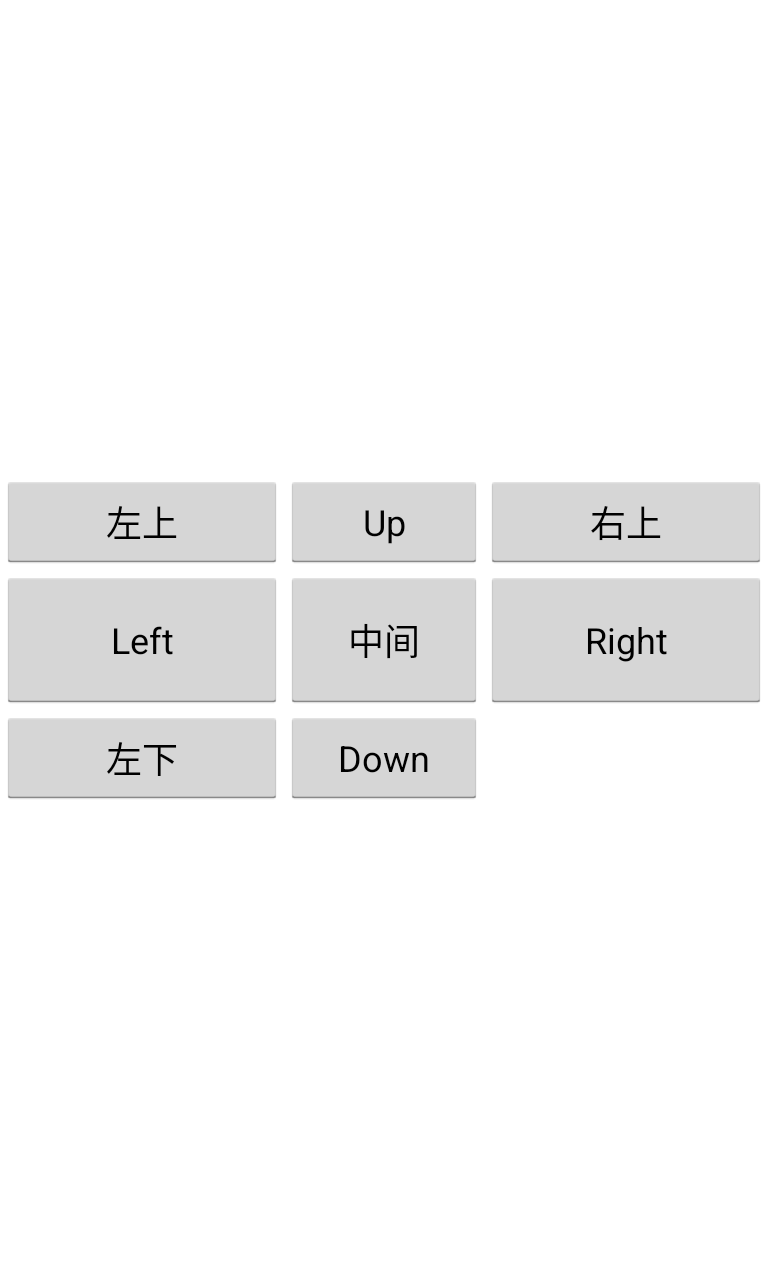
Repository: IvyZh/hm66
Layout: 黑马项目/res/layout/activity_relativelayout.xml
An editor plug-in stored every save of this project. The layout is shown before and after the next save, followed by the edit.
It is drawn on a 768 x 1280 px phone screen (xhdpi) without system bars, with theme AppTheme; the app's code is not run.

Above is the layout before, as saved 2016-05-17 17:25:02.

### 黑马项目/res/layout/activity_relativelayout.xml
<RelativeLayout xmlns:android="http://schemas.android.com/apk/res/android"
    xmlns:tools="http://schemas.android.com/tools"
    android:layout_width="match_parent"
    android:layout_height="match_parent"
    android:orientation="vertical" >

    <Button
        android:id="@+id/bt_center"
        android:layout_width="100dp"
        android:layout_height="70dp"
        android:layout_centerInParent="true"
        android:text="中间" />

    <Button
        android:layout_width="wrap_content"
        android:layout_height="wrap_content"
        android:layout_above="@id/bt_center"
        android:layout_alignLeft="@id/bt_center"
        android:layout_alignRight="@id/bt_center"
        android:text="Up" />

    <Button
        android:layout_width="wrap_content"
        android:layout_height="wrap_content"
        android:layout_alignLeft="@id/bt_center"
        android:layout_alignRight="@id/bt_center"
        android:layout_below="@id/bt_center"
        android:text="Down" />

    <Button
        android:layout_width="wrap_content"
        android:layout_height="wrap_content"
        android:layout_alignBottom="@id/bt_center"
        android:layout_alignParentLeft="true"
        android:layout_alignTop="@id/bt_center"
        android:layout_centerVertical="true"
        android:layout_toLeftOf="@id/bt_center"
        android:text="Left" />

    <Button
        android:layout_width="wrap_content"
        android:layout_height="wrap_content"
        android:layout_alignBottom="@id/bt_center"
        android:layout_alignParentRight="true"
        android:layout_alignTop="@id/bt_center"
        android:layout_centerVertical="true"
        android:layout_toRightOf="@id/bt_center"
        android:text="Right" />

    <Button
        android:layout_width="wrap_content"
        android:layout_height="wrap_content"
        android:layout_toLeftOf="@id/bt_center"
        android:layout_alignParentLeft="true"
        android:layout_above="@id/bt_center"
        android:text="左上" />

    <Button
        android:layout_width="wrap_content"
        android:layout_height="wrap_content"
        android:layout_toLeftOf="@id/bt_center"
        android:layout_alignParentLeft="true"
        android:layout_below="@id/bt_center"
        android:text="左下" />

    <Button
        android:layout_width="wrap_content"
        android:layout_height="wrap_content"
        android:layout_toRightOf="@id/bt_center"
        android:layout_alignParentRight="true"
        android:layout_above="@id/bt_center"
        android:text="右上" />

</RelativeLayout>

Loaded but not shown: 黑马项目/res/values/styles.xml (common file); 黑马项目/res/values-v11/styles.xml (common file); 黑马项目/res/values-v14/styles.xml (common file)

After the next save:
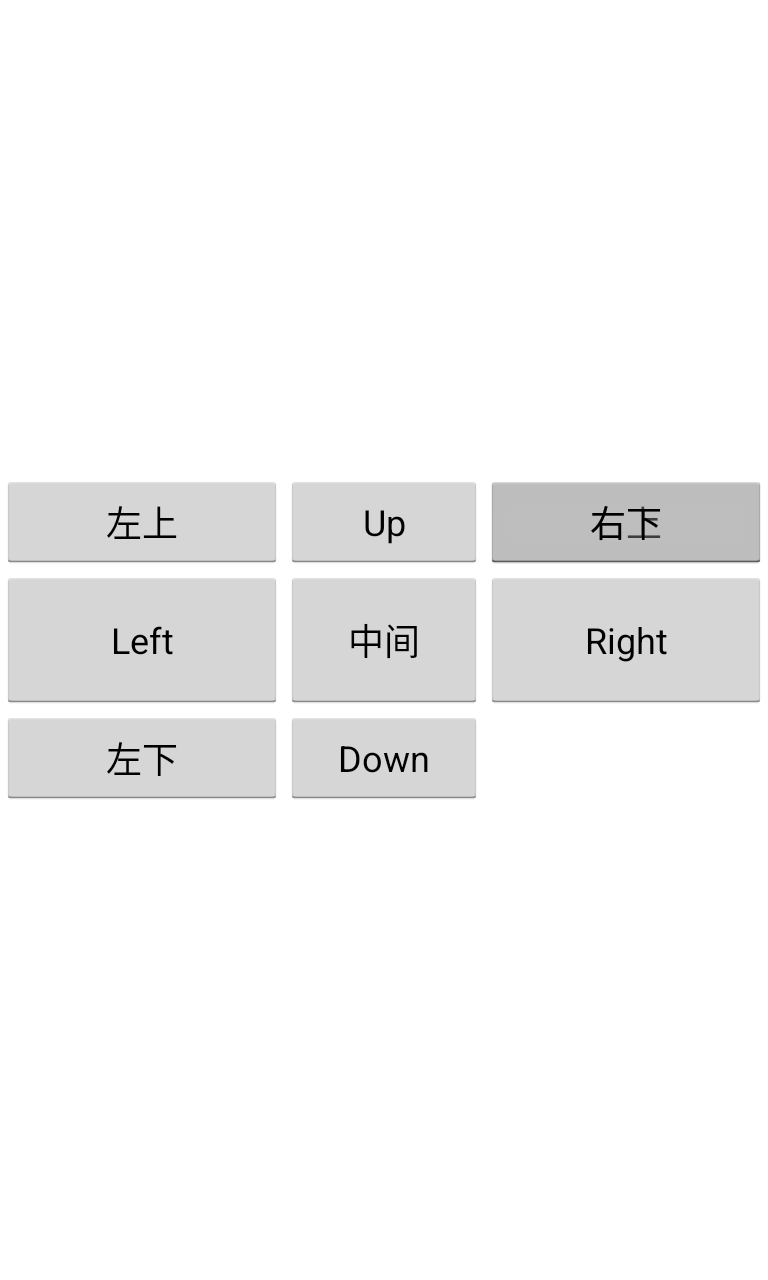
Saved 9 s later.
--- a/黑马项目/res/layout/activity_relativelayout.xml
+++ b/黑马项目/res/layout/activity_relativelayout.xml
@@ -70,5 +70,12 @@
         android:layout_alignParentRight="true"
         android:layout_above="@id/bt_center"
         android:text="右上" />
+    <Button
+        android:layout_width="wrap_content"
+        android:layout_height="wrap_content"
+        android:layout_toRightOf="@id/bt_center"
+        android:layout_alignParentRight="true"
+        android:layout_above="@id/bt_center"
+        android:text="右下" />
 
 </RelativeLayout>
